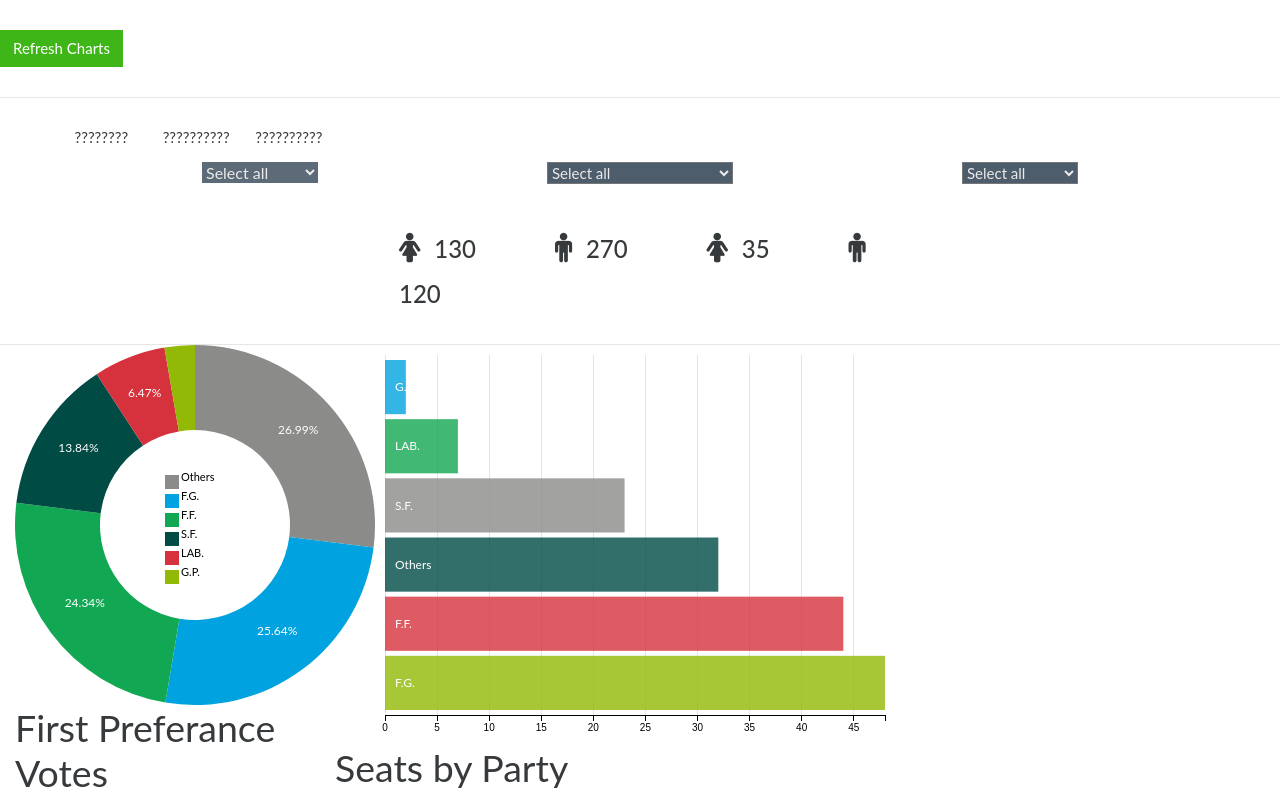
Repository: pauldardis/project-2-test
Page: index.html
The author's editor kept a record of every edit. The page is drawn from the files as they stood at one moment, then again after the next edit.
The browser window is 1280 px wide. The pictures show the whole page.

Above is the page before.
Console error: TypeError: Cannot read properties of null (reading 'textContent')

### index.html
<!DOCTYPE html>
<html lang="en">

<head>
    <meta charset="UTF-8">
    <meta name="viewport" content="width=device-width, initial-scale=1.0">
    <meta http-equiv="X-UA-Compatible" content="ie=edge">
    <title>Dashboard</title>

    <link rel="stylesheet" href="assets/css/bootstrap.min.css" type="text/css" />
    <link rel="stylesheet" href="assets/css/dc.min.css" type="text/css" />
    <link rel="stylesheet" type="text/css" href="https://maxcdn.bootstrapcdn.com/font-awesome/4.7.0/css/font-awesome.min.css">
    <link rel="stylesheet" href="assets/css/style.css" type="text/css" />


    <script type="text/javascript" src="assets/js/d3.min.js"></script>
    <script type="text/javascript" src="assets/js/crossfilter.min.js"></script>
    <script type="text/javascript" src="assets/js/dc.min.js"></script>
    <script type="text/javascript" src="assets/js/queue.min.js"></script>
    <script type="text/javascript" src="assets/js/graps.js"></script>

</head>

<body>

    <section class="section">
        <div id="refresh-button">
            <button type="submit" class="btn btn-success" onClick="refreshPage()">Refresh Charts</button>
        </div>
    </section>




    <section class="section">
        <div class="container">
            <div class="row">
                <div class="row">
                    <div class="col-xs-12 col-sm-4 text-center">
                        <p class="section-paragraph">????????</p>
                    </div>
                    <div class="col-xs-12 col-sm-4 text-center">
                        <p class="section-paragraph">??????????</p>
                    </div>
                    <div class="col-xs-12 col-sm-4 text-center">
                        <p class="section-paragraph">??????????</p>
                    </div>
                </div>
                <div class="container">
                    <div class="row">
                        <div class="col-xs-12 col-sm-4 col-md-4 col-lg-4 text-center custom-chart" id="region-selector"></div>
                        <div class="col-xs-12 col-sm-4 col-md-4 col-lg-4 text-center custom-chart" id="constituency-selector"></div>
                        <div class="col-xs-12 col-sm-4 col-md-4 col-lg-4 text-center custom-chart" id="elected-selector"></div>
                    </div>
                </div>
            </div>
        </div>
        <div class="row col-12"></div>
        <div class="col-xs-12 col-sm-12 col-lg-12 gender-box">
            <i class="fa fa-female fa-gender" aria-hidden="true"></i> <span class="number-box" id="count-of-women-elected_1"></span>
            <i class="fa fa-male fa-gender" aria-hidden="true"></i> <span class="number-box" id="count-of-men-elected_1"></span>
            <i class="fa fa-female fa-gender" aria-hidden="true"></i> <span class="number-box" id="count-of-women-elected"></span>
            <i class="fa fa-male fa-gender" aria-hidden="true"></i> <span class="number-box" id="count-of-men-elected"></span>

        </div>
        <div class="col-xs-12 col-sm-12 col-lg-12 gender-box">
            <!--<i class="fa fa-female fa-gender" aria-hidden="true"></i> <span class="number-box" id="count-of-women-elected_1"></span>-->
            <!--<i class="fa fa-male fa-gender" aria-hidden="true"></i> <span class="number-box" id="count-of-men-elected_1"></span>-->
        </div>
    </section>

    <section>
        <div class="container-fluid">
            <div class="row">
                <div class="col-xs-12 col-sm-6 col-md-3 col-lg-3">
                    <div>
                        <div>
                            <div class=" " id="party_first_preference_graphs"></div>
                            <h1><strong>First Preferance Votes</strong></h1>
                        </div>
                    </div>
                </div>
                <div class="col-xs-12 col-sm-6 col-md-3 col-lg-3">
                    <div>
                        <div>
                            <div class="" id="candidate-graph"></div>
                            <h1><strong>Seats by Party</strong></h1>
                        </div>
                    </div>
                </div>
                <div class="col-xs-12 col-sm-6 col-md-3 col-lg-3">
                    <div>
                        <div>
                            <div class="" id="xx">
                            </div>
                        </div>
                    </div>
                </div>
                <div class="col-xs-12 col-sm-6 col-md-3 col-lg-3">
                    <div>
                        <div>
                            <!--<div class="" id="candidate-graph">-->
                        </div>
                    </div>
                </div>
            </div>
        </div>
    </section>



    <div class="" id="candidate-people"></div>
    <!--<div class="" id="candidate-graph-v2"></div>-->







    <!--<div class="col-xs-12 col-sm-6 col-md-3 col-lg-3 " id="party_first_preference_graphs"></div>-->
    <!--<div class="col-xs-12 col-sm-6 col-md-3 col-lg-3 text-center" id="party_total_votes_graphs"></div>-->
    <!--<div class="col-xs-12 col-sm-6 col-md-3 col-lg-3 text-center" id="candidate-first-preferance-graph"></div>-->
    <!--<div class="col-xs-12 col-sm-6 col-md-3 col-lg-3 text-center" id="candidate-total-votes-graph"></div>-->


    <section>
        <div class="container">
            <div class="row">
                <!--<div class="col-xs-12 col-sm-4 text-center" id="candidate-first-preferance-graph"></div>-->
                <!--<div class="col-xs-12 col-sm-4 text-center" id="candidate-total-votes-graph"></div>-->
            </div>
        </div>
    </section>










</body>

</html>

### assets/js/graps.js
queue()
    .defer(d3.csv, "assets/data/election-2016.csv")
    .await(makeGraphs);



function makeGraphs(error, salesData) {
    var ndx = crossfilter(salesData);



    // these are the working graphs
    region_selector(ndx);
    constituency_selector(ndx);
    elected_selector(ndx);
    show_count_elected_by_gender(ndx, "F", "#count-of-women-elected");
    show_count_elected_by_gender(ndx, "M", "#count-of-men-elected");
    show_count_candidate_gender(ndx, "F", "#count-of-women-elected_1");
    show_count_candidate_gender(ndx, "M", "#count-of-men-elected_1");
    party_first_preference_graphs(ndx);
    candidate_graphs(ndx);








    // these are the graphs in test

    party_total_votes_graphs(ndx);
    candidate_first_preferance_graphs(ndx);
    candidate_total_votes_graphs(ndx);
    candidate_graphs_v2(ndx);
       // candidate_people(ndx);


    dc.renderAll();
}


// This is the working section



function refreshPage() {
    window.location.reload();
}

function region_selector(ndx) {
    var dim = ndx.dimension(dc.pluck('Region'));
    group = dim.group();

    dc.selectMenu("#region-selector")
        .dimension(dim)
        .group(group);
}

function constituency_selector(ndx) {
    var dim = ndx.dimension(dc.pluck('Constituency_Name'));
    group = dim.group();

    dc.selectMenu("#constituency-selector")
        .dimension(dim)
        .group(group);
}

function elected_selector(ndx) {
    var dim = ndx.dimension(dc.pluck('Result'));
    group = dim.group();

    dc.selectMenu("#elected-selector")
        .dimension(dim)
        .group(group);
}















function party_first_preference_graphs(ndx) {

    var dim = ndx.dimension(dc.pluck('Party_Abbreviation'));
    var group = dim.group().reduceSum(dc.pluck('Count_1'));

    dc.pieChart('#party_first_preference_graphs')
        .height(360)
        .width(360)
        .innerRadius(95)
        .transitionDuration(1500)
        .colors(d3.scale.ordinal().range(["#8B8C8A", "#00A3DF", "#12A853", "#014B45", "#D6323D", "#91B905"]))
        .dimension(dim)
        .renderLabel(true)
        .legend(dc.legend().x(150).y(130).itemHeight(14).gap(5))
        .title(function(d) {
            return d.key + ": " + ((d.value / d3.sum(group.all(),
                function(d) { return d.value; })) * 100).toFixed(2) + "%";
        })
        .on("pretransition", function(chart) {
            chart.selectAll("text.pie-slice").text(function(d) {
                if (dc.utils.printSingleValue(
                        (d.endAngle - d.startAngle) /
                        (2 * Math.PI) * 100) >= 6) {
                    return dc.utils.printSingleValue(
                        (d.endAngle - d.startAngle) /
                        (2 * Math.PI) * 100) + "%";
                }
            })
        })
        .group(group);
}


function candidate_graphs(ndx) {
    var dim = ndx.dimension(dc.pluck('Party_Abbreviation'));
    var group = dim.group().reduceSum(dc.pluck('Seat'));

    dc.rowChart("#candidate-graph")
        .width(600)
        .height(400)
        .colors(d3.scale.ordinal().range(["#00A3DF", "#12A853", "#8B8C8A", "#014B45", "#D6323D", "#91B905"]))
        .margins({ top: 10, right: 50, bottom: 30, left: 50 })
        .dimension(dim)
        .transitionDuration(1500)
        .elasticX(true)
        .ordering(function(d) { return +d.value })
        .group(group);
}



function show_count_elected_by_gender(ndx, gender, element) {
    var countThatAreElected = ndx.groupAll().reduce(
        function(p, v) {
            if (v.Gender === gender) {
                p.count++;
                if (v.Result === "Elected") {
                    p.are_elected++;
                }
            }
            return p;
        },
        function(p, v) {
            if (v.Gender === gender) {
                p.count--;
                if (v.Result === "Elected") {
                    p.are_elected--;
                }
            }
            return p;
        },
        function() {
            return { count: 0, are_elected: 0 };
        },
    );


    dc.numberDisplay(element)
        // .formatNumber(d3.format("2.s"))
        .valueAccessor(function(d) {
            if (d.count == 0) {
                return 0;
            }
            else {
                return (d.are_elected);
            }
        })
        .transitionDuration(1500)
        .group(countThatAreElected)
}




































//this is the testing section





// function candidate_people(ndx) {
//     var dim = ndx.dimension(dc.pluck('Candidate'));
//     var group = dim.group().reduceSum(dc.pluck('Count_1' ));
//     var group2 = dim.group().reduceSum(dc.pluck('Result' ));

//     console.log(dim)

//     dc.rowChart("#candidate-people")
//         .width(600)
//         .height(8600)

//         .margins({ top: 10, right: 50, bottom: 30, left: 50 })
//         .dimension(dim)
//         .transitionDuration(1500)
//         // .elasticX(true)
//         .group(group,group2);

// }













































function show_count_candidate_gender(ndx, gender, element) {
    var countThatArecandidate = ndx.groupAll().reduce(
        function(p, v) {
            if (v.Gender === gender) {
                p.count++;
                if (v.Result === "Excluded") {
                    p.are_excluded++;
                }
            }
            return p;
        },
        function(p, v) {
            if (v.Gender === gender) {
                p.count--;
                if (v.Result === "Excluded") {
                    p.are_excluded--;
                }
            }
            return p;
        },
        function() {
            return { count: 0, are_excluded: 0 };
        },
    );


    dc.numberDisplay(element)
        // .formatNumber(d3.format("2.s"))
        .valueAccessor(function(d) {
            if (d.count == 0) {
                return 0;
            }
            else {
                return (d.are_excluded);
            }
        })
        .transitionDuration(1500)
        .group(countThatArecandidate)
}





function candidate_graphs_v2(ndx) {

    var partyColors = d3.scale.ordinal()
        .domain(["F.G.", "F.F.", "Others", "S.F.", "LAB.", "G.P."])
        .range(["pink", "blue", "red", "yellow", "black", "green"]);

    var dim = ndx.dimension(dc.pluck('Party_Abbreviation'));
    var group = dim.group().reduceSum(dc.pluck('Seat'));


    var party_color = ndx.dimension(function(d) {
        return [d.Party_Abbreviation, d.Seat];
    });

    var partyGroup = party_color.group();

    // console.log(group.all());


    dc.barChart("#candidate-graph-v2")
        .width(1000)
        .height(300)
        .margins({ top: 10, right: 50, bottom: 30, left: 50 })
        .dimension(dim)
        // .colorAccessor(function(d) {
        //     return d.key[0];
        // })
        .colors(d3.scale.ordinal().range(["#e6550e", "#fd8c3d", "#3182bc", "#fd8c3d", "#fd8c3d", "#fd8c3d", "#fd8c3d"]))
        .group(group)
        .x(d3.scale.ordinal())
        .xUnits(dc.units.ordinal)
        .elasticY(true)
        .xAxisLabel("Region")
        .yAxis().ticks(10);


}


function party_total_votes_graphs(ndx) {
    var dim = ndx.dimension(dc.pluck('Party_Abbreviation'));
    var group = dim.group().reduceSum(dc.pluck('Seat'));

    dc.pieChart('#party_total_votes_graphs') /* targeting the div where we want the pie chart*/
        .height(360)
        .width(360)
        .innerRadius(95)
        .transitionDuration(1500)
        // .colors(d3.scale.ordinal().range(["#3182bc", "#fd8c3d", "#e6550e"]))
        .dimension(dim)
        .renderLabel(true)
        .legend(dc.legend().x(150).y(130).itemHeight(14).gap(5))
        // .radius(360)
        .group(group)
        .title();
}















// function party_total_votes_graphs(ndx) {

//     var dim = ndx.dimension(dc.pluck('Party_Abbreviation'));
//     var group = dim.group().reduceSum(dc.pluck('Total_Votes'));

//     dc.pieChart('#party_total_votes_graphs') /* targeting the div where we want the pie chart*/
//         .height(360)
//         .width(360)
//         .innerRadius(95)
//         .transitionDuration(1500)
//         // .colors(d3.scale.ordinal().range(["#3182bc", "#fd8c3d", "#e6550e"]))
//         .dimension(dim)
//         .renderLabel(true)
//         .legend(dc.legend().x(110).y(150).itemHeight(13).gap(5))
//         // .title(function(d) {
//         //     return d.key + ": " + ((d.value / d3.sum(group.all(),
//         //         function(d) { return d.value; })) * 100).toFixed(0) + "%";
//         // })
//         .on("pretransition", function(chart)
//         {
//             chart.selectAll("text.pie-slice").text(function(d) {
//                 if (dc.utils.printSingleValue(
//                         (d.endAngle - d.startAngle) /
//                         (2 * Math.PI) * 100) >= 6) {
//                     return dc.utils.printSingleValue(
//                         (d.endAngle - d.startAngle) /
//                         (2 * Math.PI) * 100) + "%";
//                 }
//             }
//             )
//             chart.select("svg")
//                 .attr("height", "100%")
//                 .attr("width", "100%")
//                 .attr("viewBox", "0 0 360 360");
//             chart.selectAll(".dc-legend-item text")
//                 .attr("fill", "#1D47FF")
//                 .text("")
//                 .append("tspan")
//                 .text(function(d) { return d.name; })
//                 .attr("x", 70)
//                 .attr("text-anchor", "end");
//         })
//         .group(group);
// }










function candidate_first_preferance_graphs(ndx) {
    var dim = ndx.dimension(dc.pluck('Candidate'));
    var group = dim.group().reduceSum(dc.pluck('Count_1'));


    dc.pieChart('#candidate-first-preferance-graph') /* targeting the div where we want the pie chart*/
        .height(360)
        .width(360)
        .radius(360)
        .innerRadius(95)
        .transitionDuration(1500)
        .dimension(dim)
        .group(group);
}

function candidate_total_votes_graphs(ndx) {
    var dim = ndx.dimension(dc.pluck('Candidate'));
    var group = dim.group().reduceSum(dc.pluck('Total_Votes'));


    dc.pieChart('#candidate-total-votes-graph') /* targeting the div where we want the pie chart*/
        .height(250)
        .radius(100)
        .innerRadius(30)
        .transitionDuration(1500)
        .dimension(dim)
        .group(group);
}












// Everything under here is in test















































// function show_revenue_graphs(ndx) {
//     var dim = ndx.dimension(dc.pluck('Candidate'));
//     var group = dim.group().reduceSum(dc.pluck('Total_Votes'));
//     // var group = dim.group();

//     dc.rowChart("#revenue-graph")
//         .width(600)
//         .height(2000)
//         .margins({ top: 10, right: 50, bottom: 30, left: 50 })
//         .dimension(dim)
//         .group(group);
// .transitionDuration(500)
// .x(d3.scale.ordinal())
// .xUnits(dc.units.ordinal)
// .elasticY(true)
// .xAxisLabel("Region")
// .yAxis().ticks(10);


// }


// function candidate_graphs(ndx) {
//     var dim = ndx.dimension(dc.pluck('Candidate'));
//     var group = dim.group().reduceSum(dc.pluck('Constituency_Name'));

//     dc.barChart("#candidate-graph")
//         .width(600)
//         .height(300)
//         .margins({ top: 10, right: 50, bottom: 30, left: 50 })
//         .dimension(dim)
//         .group(group)
//         .transitionDuration(500)
//         .x(d3.scale.ordinal())
//         .xUnits(dc.units.ordinal)
//         .elasticY(true)
//         .xAxisLabel("Region")
//         .yAxis().ticks(10);

// }

Loaded but not shown: assets/css/bootstrap.min.css (library); assets/css/dc.min.css (library); assets/js/d3.min.js (library); assets/js/crossfilter.min.js (library); assets/js/dc.min.js (library); assets/js/queue.min.js (common file); assets/css/style.css (458 lines, source omitted)

After the next edit:
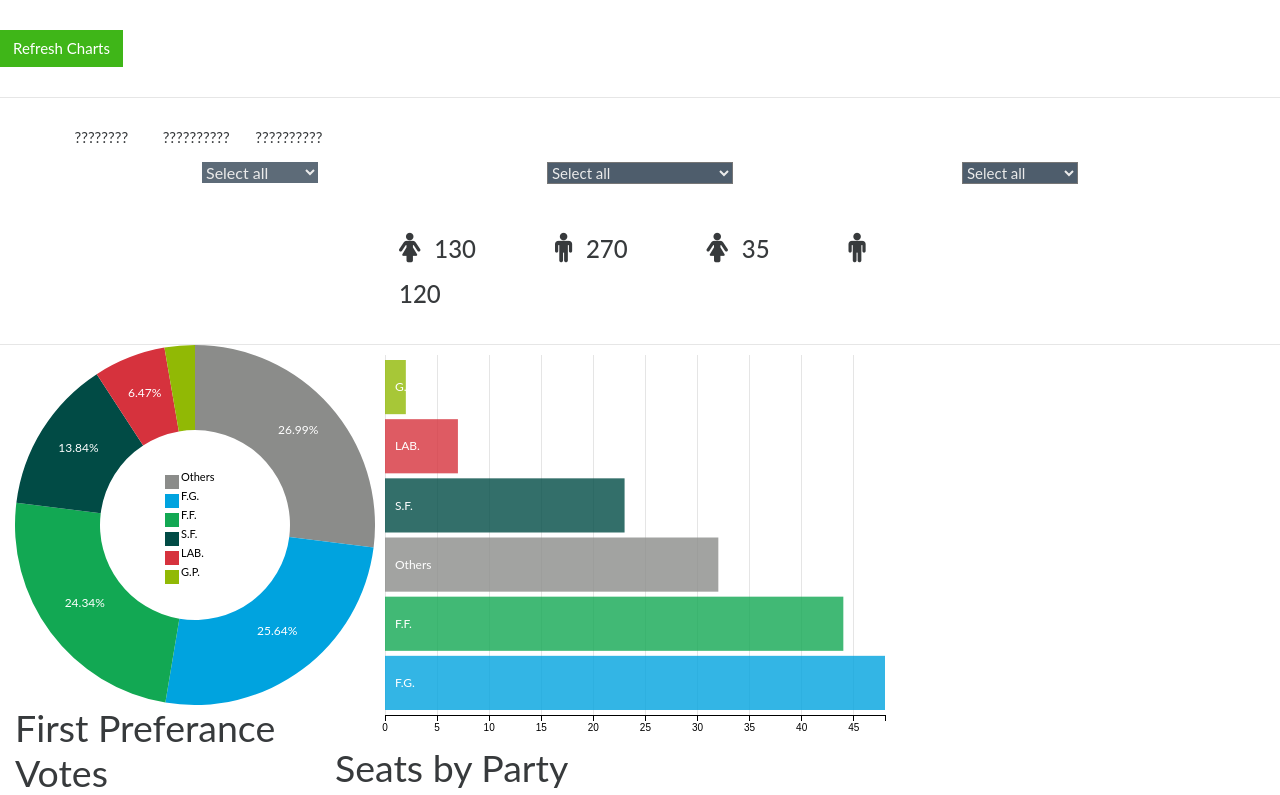
The edit:
--- a/assets/js/graps.js
+++ b/assets/js/graps.js
@@ -33,7 +33,7 @@
     candidate_first_preferance_graphs(ndx);
     candidate_total_votes_graphs(ndx);
     candidate_graphs_v2(ndx);
-       // candidate_people(ndx);
+    // candidate_people(ndx);
 
 
     dc.renderAll();
@@ -129,12 +129,12 @@
     dc.rowChart("#candidate-graph")
         .width(600)
         .height(400)
-        .colors(d3.scale.ordinal().range(["#00A3DF", "#12A853", "#8B8C8A", "#014B45", "#D6323D", "#91B905"]))
+        .colors(d3.scale.ordinal().range(["#91B905", "#D6323D", "#014B45", "#8B8C8A", "#12A853", "#00A3DF"]))
         .margins({ top: 10, right: 50, bottom: 30, left: 50 })
         .dimension(dim)
         .transitionDuration(1500)
         .elasticX(true)
-        .ordering(function(d) { return +d.value })
+              .ordering(function(d) { return +d.value })
         .group(group);
 }
 
